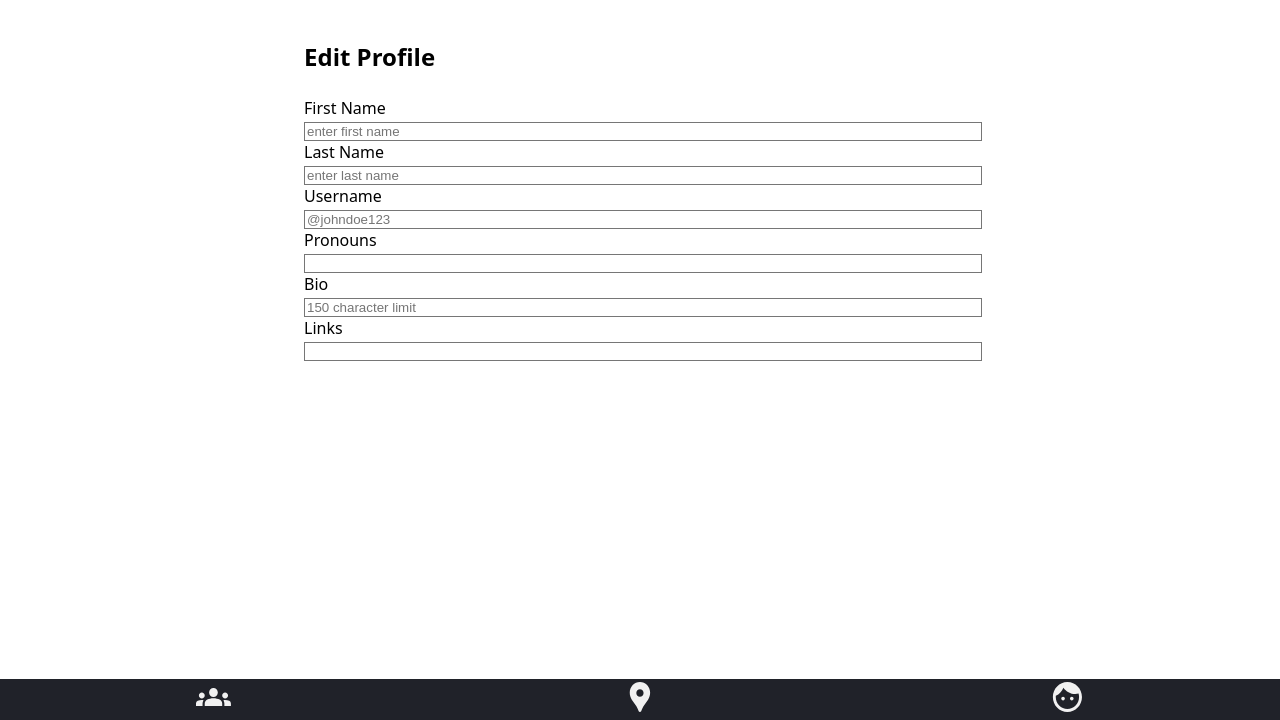
Repository: amolwalia/LocaLens-App
Page: /profile
An editor plug-in stored every save of this project. The page is shown before and after the next save, followed by the edit.
The browser window is 1280 px wide. The pictures show the whole page.
The project was rebuilt for these pictures with package versions that can differ from the ones it lists, and the page was loaded fresh each time. The framework's server and built-in components were replaced by stand-ins that run in the browser. Also part of the build but not shown: next.config.mjs.

Above is the page before, as saved 2025-05-22 22:46:57.

### app/profile/page.jsx
"use client";

import React from "react";
import NavBar from "@/components/NavBar";
import Input from "@/components/Input/Input";

const user = {
  name: "Samuel L. Jackson",
  username: "@jackson.jpeg",
  pronouns: "He/Him",
  bio: "I take pictures because I like to. Follow me and my journey",
  website: "https://shorturl.at/xvcix",
  avatar: "/app/images/samuel-l-jackson-star-wars.jpg",
};

export default function ProfilePage() {
  return (
    <div className="profileFormContainer">
      <NavBar />
      <h1 className="profileHeading">Edit Profile</h1>
      <Input
        label="First Name"
        id="firstName"
        type="text"
        placeholder="enter first name"
      />
      <Input
        label="Last Name"
        id="lastName"
        type="text"
        placeholder="enter last name"
      />
      <Input
        label="Username"
        id="userName"
        type="text"
        placeholder="@johndoe123"
      />
      <Input label="Pronouns" id="proNouns" type="text" />
      <Input
        label="Bio"
        id="userBio"
        type="text"
        placeholder="150 character limit"
      />
      <Input label="Links" id="userBioLinks" type="text" />
    </div>
  );
}

### app/globals.css
/* File: styles/globals.css */

@import url("https://fonts.googleapis.com/css2?family=Noto+Sans:wght@400;600;700&display=swap");

@tailwind base;
@tailwind components;
@tailwind utilities;

@layer base {
  html {
    font-family: "Noto Sans", sans-serif;
  }
}

.profileFormContainer {
  max-width: 672px;
  margin: 0 auto;
  padding: 16px;
}

.profileHeading {
  font-size: 24px;
  font-weight: bold;
  margin-bottom: 24px;
}

### components/NavBar.jsx
"use client";

import React from "react";
import Link from "next/link";

export default function NavBar() {
  return (
    <nav className="fixed bottom-[0] left-[0] w-full z-50 bg-[#202229] text-white flex justify-around items-center h-16 shadow-md">
      <Link
        href="/home"
        className="flex flex-col items-center text-sm text-gray-700"
      >
        <span className="text-xl">
          <svg
            xmlns="http://www.w3.org/2000/svg"
            width="35"
            height="18"
            viewBox="0 0 35 18"
            fill="none"
          >
            <path
              d="M17.4627 10.125C19.8347 10.125 21.9302 10.71 23.6328 11.475C25.2045 12.195 26.194 13.815 26.194 15.57V18H8.73134V15.585C8.73134 13.815 9.7209 12.195 11.2925 11.49C12.9951 10.71 15.0907 10.125 17.4627 10.125ZM5.8209 10.5C7.42164 10.5 8.73134 9.15 8.73134 7.5C8.73134 5.85 7.42164 4.5 5.8209 4.5C4.22015 4.5 2.91045 5.85 2.91045 7.5C2.91045 9.15 4.22015 10.5 5.8209 10.5ZM7.4653 12.15C6.92687 12.06 6.38843 12 5.8209 12C4.38022 12 3.01231 12.315 1.77537 12.87C0.698508 13.35 0 14.43 0 15.645V18H6.54851V15.585C6.54851 14.34 6.88321 13.17 7.4653 12.15ZM29.1045 10.5C30.7052 10.5 32.0149 9.15 32.0149 7.5C32.0149 5.85 30.7052 4.5 29.1045 4.5C27.5037 4.5 26.194 5.85 26.194 7.5C26.194 9.15 27.5037 10.5 29.1045 10.5ZM34.9254 15.645C34.9254 14.43 34.2269 13.35 33.15 12.87C31.9131 12.315 30.5452 12 29.1045 12C28.5369 12 27.9985 12.06 27.4601 12.15C28.0422 13.17 28.3769 14.34 28.3769 15.585V18H34.9254V15.645ZM17.4627 0C19.8784 0 21.8284 2.01 21.8284 4.5C21.8284 6.99 19.8784 9 17.4627 9C15.047 9 13.097 6.99 13.097 4.5C13.097 2.01 15.047 0 17.4627 0Z"
              fill="#F1F1F1"
            />
          </svg>
        </span>
      </Link>
      <Link
        href="/post"
        className="flex flex-col items-center text-sm text-gray-700"
      >
        <span className="text-xl">
          <svg
            xmlns="http://www.w3.org/2000/svg"
            width="36"
            height="36"
            viewBox="0 0 36 36"
            fill="none"
          >
            <g clipPath="url(#clip0_201_1439)">
              <path
                d="M17.9403 3C12.3086 3 7.75372 7.695 7.75372 13.5C7.75372 16.11 8.48133 18.555 9.80559 20.76C11.1881 23.07 13.0071 25.05 14.4041 27.36C15.0881 28.485 15.5828 29.535 16.1067 30.75C16.4851 31.575 16.7907 33 17.9403 33C19.0899 33 19.3955 31.575 19.7593 30.75C20.2978 29.535 20.778 28.485 21.4619 27.36C22.8589 25.065 24.678 23.085 26.0604 20.76C27.3992 18.555 28.1269 16.11 28.1269 13.5C28.1269 7.695 23.572 3 17.9403 3ZM17.9403 17.625C15.9321 17.625 14.3022 15.945 14.3022 13.875C14.3022 11.805 15.9321 10.125 17.9403 10.125C19.9485 10.125 21.5784 11.805 21.5784 13.875C21.5784 15.945 19.9485 17.625 17.9403 17.625Z"
                fill="#F1F1F1"
              />
            </g>
            <defs>
              <clipPath id="clip0_201_1439">
                <rect
                  width="34.9254"
                  height="36"
                  fill="white"
                  transform="translate(0.4776)"
                />
              </clipPath>
            </defs>
          </svg>
        </span>
      </Link>
      <Link
        href="/profile"
        className="flex flex-col items-center text-sm text-gray-700"
      >
        <span className="text-xl">
          <svg
            xmlns="http://www.w3.org/2000/svg"
            width="36"
            height="36"
            viewBox="0 0 36 36"
            fill="none"
          >
            <g clipPath="url(#clip0_201_1441)">
              <path
                d="M14.0522 17.625C13.0481 17.625 12.2332 18.465 12.2332 19.5C12.2332 20.535 13.0481 21.375 14.0522 21.375C15.0563 21.375 15.8712 20.535 15.8712 19.5C15.8712 18.465 15.0563 17.625 14.0522 17.625ZM22.7836 17.625C21.7795 17.625 20.9645 18.465 20.9645 19.5C20.9645 20.535 21.7795 21.375 22.7836 21.375C23.7877 21.375 24.6026 20.535 24.6026 19.5C24.6026 18.465 23.7877 17.625 22.7836 17.625ZM18.4179 3C10.385 3 3.86565 9.72 3.86565 18C3.86565 26.28 10.385 33 18.4179 33C26.4507 33 32.9701 26.28 32.9701 18C32.9701 9.72 26.4507 3 18.4179 3ZM18.4179 30C12.0003 30 6.77609 24.615 6.77609 18C6.77609 17.565 6.8052 17.13 6.84886 16.71C10.2832 15.135 13.0045 12.24 14.4306 8.655C17.0645 12.495 21.4011 15 26.3052 15C27.4403 15 28.5317 14.865 29.5795 14.61C29.885 15.675 30.0597 16.815 30.0597 18C30.0597 24.615 24.8354 30 18.4179 30Z"
                fill="#F1F1F1"
              />
            </g>
            <defs>
              <clipPath id="clip0_201_1441">
                <rect
                  width="34.9254"
                  height="36"
                  fill="white"
                  transform="translate(0.9552)"
                />
              </clipPath>
            </defs>
          </svg>
        </span>
      </Link>
    </nav>
  );
}

### components/Input/Input.jsx
export default function Input({ label, id, type, placeholder }) {
  return (
    <>
      <label className="text-sm text-black mb-1" htmlFor={id}>
        {label}
      </label>
      <input
        id={id}
        type={type}
        label={label}
        placeholder={placeholder}
        className="w-full px-4 py-2 border border-gray-400 rounded-md mb-4"
      />
    </>
  );
}

Loaded but not shown: app/layout.js (common file)

After the next save:
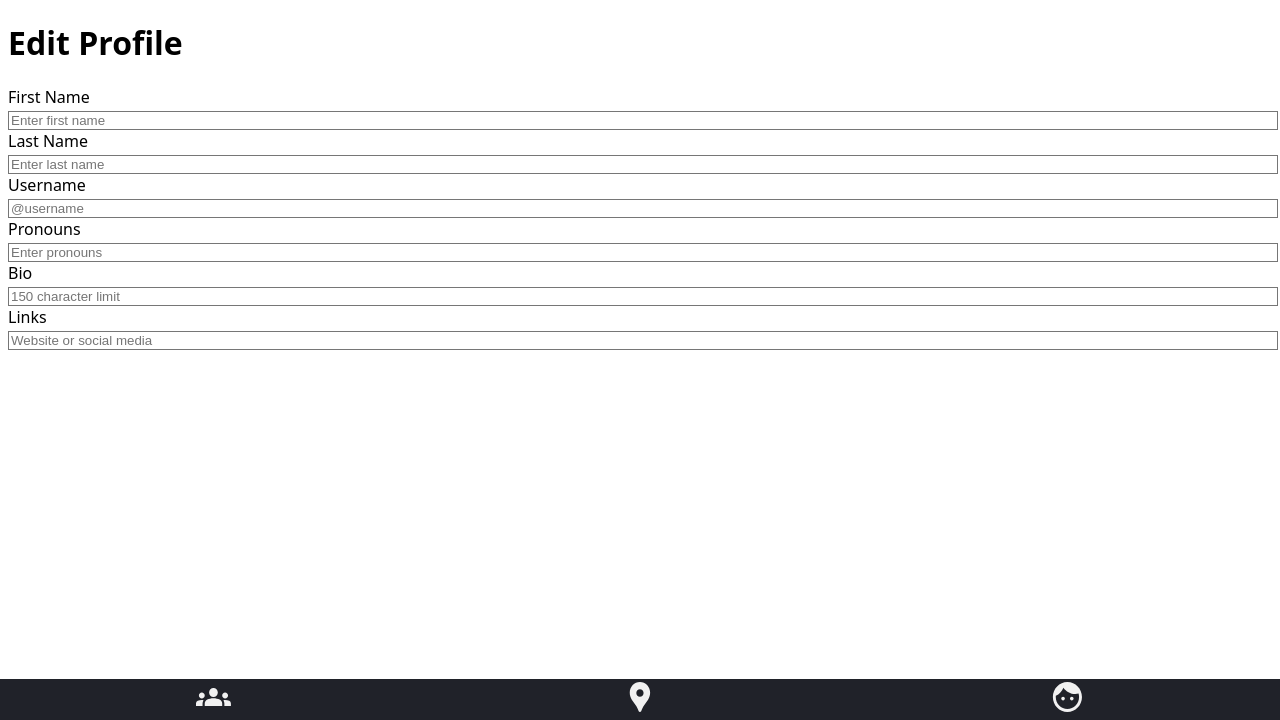
Saved 40 s later.
--- a/app/profile/page.jsx
+++ b/app/profile/page.jsx
@@ -1,49 +1,76 @@
 "use client";
 
-import React from "react";
+import React, { useState } from "react";
 import NavBar from "@/components/NavBar";
 import Input from "@/components/Input/Input";
 
-const user = {
-  name: "Samuel L. Jackson",
-  username: "@jackson.jpeg",
-  pronouns: "He/Him",
-  bio: "I take pictures because I like to. Follow me and my journey",
-  website: "https://shorturl.at/xvcix",
-  avatar: "/app/images/samuel-l-jackson-star-wars.jpg",
-};
+export default function ProfilePage() {
+  const [formData, setFormData] = useState({
+    firstName: "Samuel L.",
+    lastName: "Jackson",
+    username: "@jackson.jpeg",
+    pronouns: "He/Him",
+    bio: "I take pictures because I like to. Follow me and my journey",
+    links: "https://shorturl.at/xvcix",
+  });
 
-export default function ProfilePage() {
+  const handleChange = (e) => {
+    const { id, value } = e.target;
+    setFormData((prev) => ({ ...prev, [id]: value }));
+  };
+
   return (
-    <div className="profileFormContainer">
+    <div className="max-w-2xl mx-auto p-4">
       <NavBar />
-      <h1 className="profileHeading">Edit Profile</h1>
+      <h1 className="text-2xl font-bold mb-6">Edit Profile</h1>
       <Input
         label="First Name"
         id="firstName"
         type="text"
-        placeholder="enter first name"
+        value={formData.firstName}
+        onChange={handleChange}
+        placeholder="Enter first name"
       />
       <Input
         label="Last Name"
         id="lastName"
         type="text"
-        placeholder="enter last name"
+        value={formData.lastName}
+        onChange={handleChange}
+        placeholder="Enter last name"
       />
       <Input
         label="Username"
-        id="userName"
+        id="username"
         type="text"
-        placeholder="@johndoe123"
+        value={formData.username}
+        onChange={handleChange}
+        placeholder="@username"
       />
-      <Input label="Pronouns" id="proNouns" type="text" />
+      <Input
+        label="Pronouns"
+        id="pronouns"
+        type="text"
+        value={formData.pronouns}
+        onChange={handleChange}
+        placeholder="Enter pronouns"
+      />
       <Input
         label="Bio"
-        id="userBio"
+        id="bio"
         type="text"
+        value={formData.bio}
+        onChange={handleChange}
         placeholder="150 character limit"
       />
-      <Input label="Links" id="userBioLinks" type="text" />
+      <Input
+        label="Links"
+        id="links"
+        type="text"
+        value={formData.links}
+        onChange={handleChange}
+        placeholder="Website or social media"
+      />
     </div>
   );
 }
